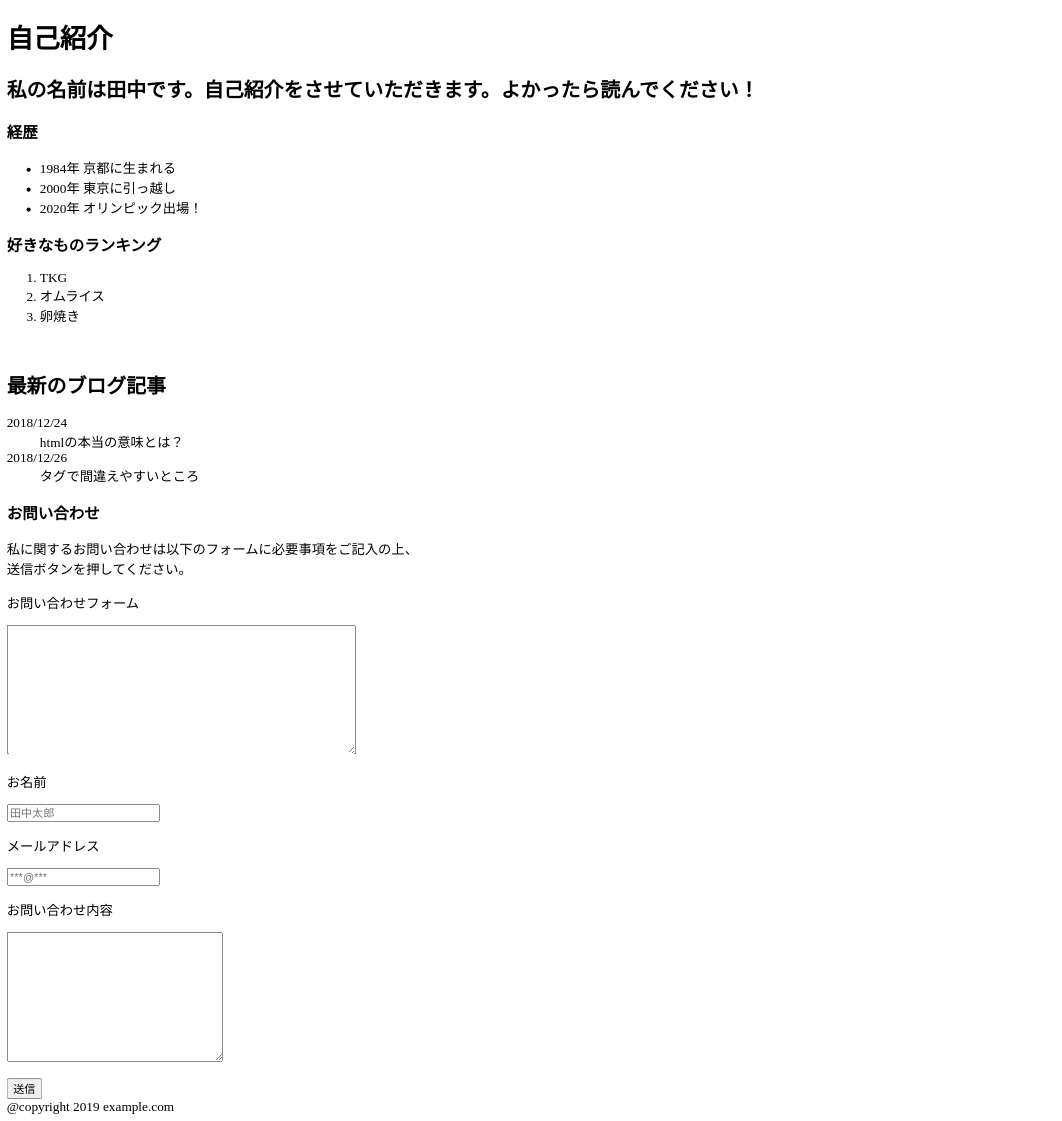
Repository: wairoku/suretigai1
Page: jack.html
An editor plug-in stored every save of this project. The page is shown before and after the next save, followed by the edit.
The browser window is 1280 px wide. The pictures show the whole page, at 83% of full size.

Above is the page before, as saved 2019-01-02 20:31:41.

After the next save:
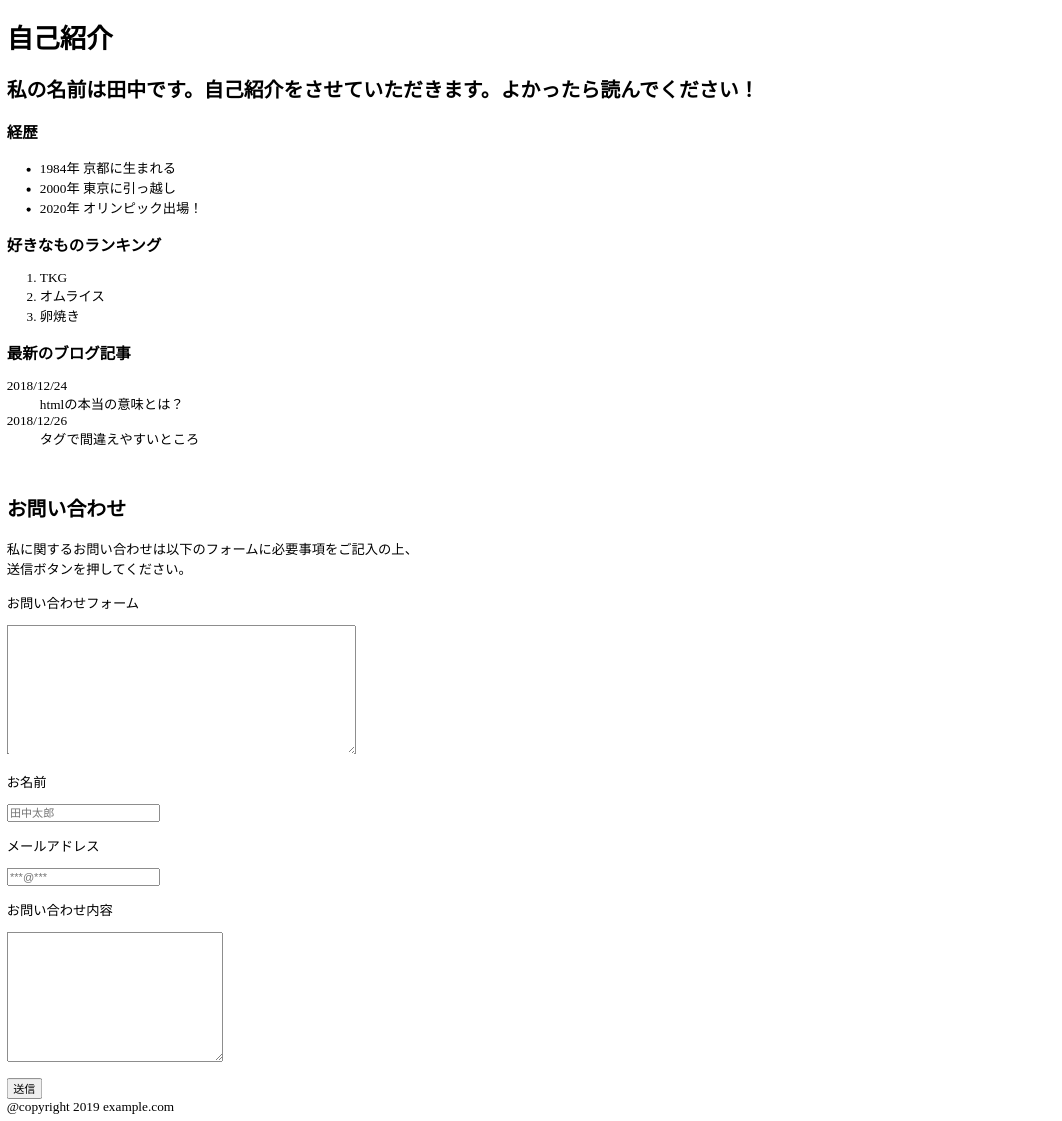
Saved 18 s later.
--- a/jack.html
+++ b/jack.html
@@ -27,9 +27,7 @@
     </ol>
 </div>
 
-<br>
-
-    <h2>最新のブログ記事</h2>
+    <h3>最新のブログ記事</h3>
 <dl>
     <dt>2018/12/24<dt>
         <dd>htmlの本当の意味とは？</dd>
@@ -38,8 +36,9 @@
 </dl>
 
 
+<br>
 
- <h3>お問い合わせ</h3>
+ <h2>お問い合わせ</h2>
 私に関するお問い合わせは以下のフォームに必要事項をご記入の上、<br>
 送信ボタンを押してください。
 
